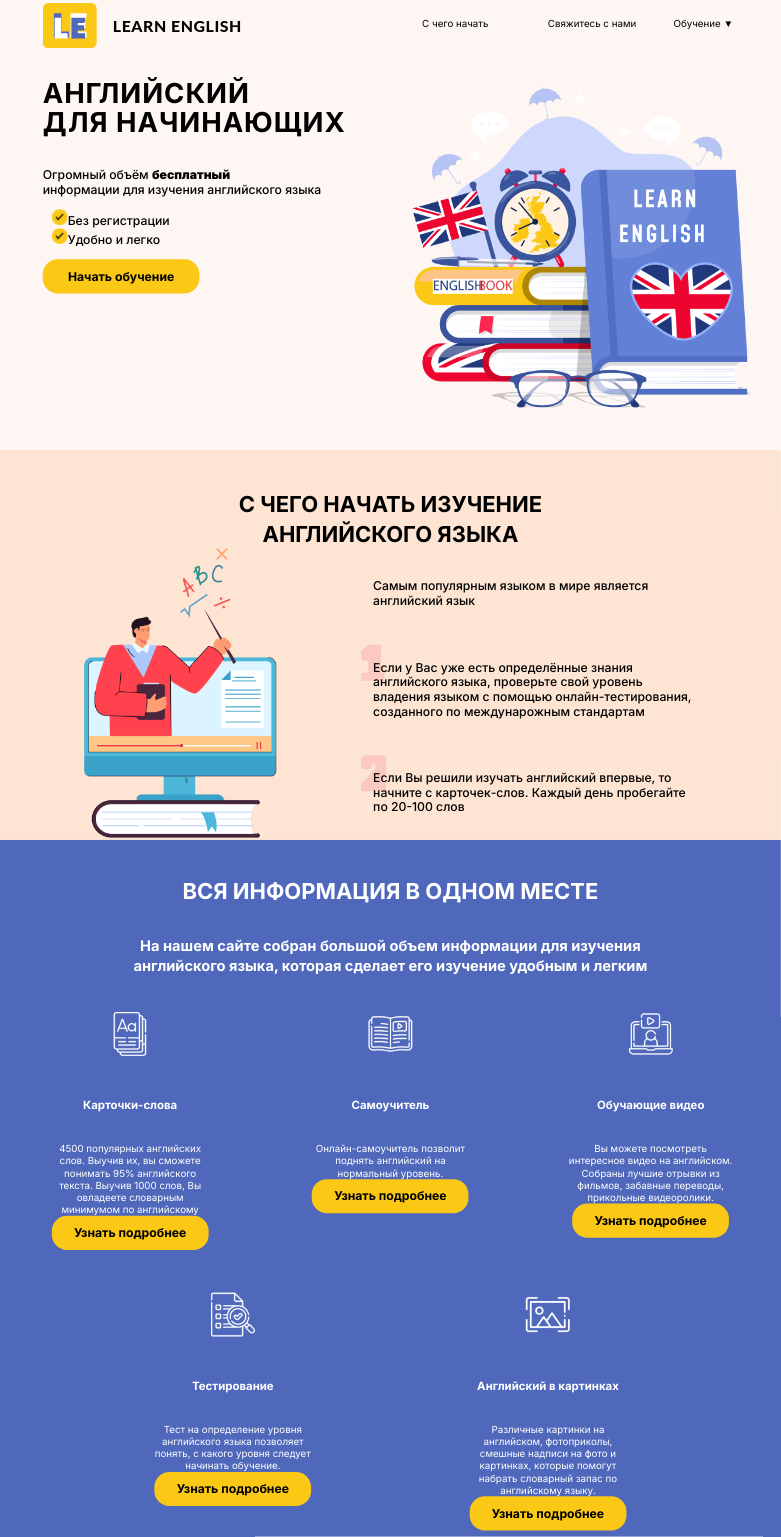
Repository: WladimirVA/Diplom
Page: scool/index.html
These files come from the project's save history. The page is drawn as it stood at one moment and after the next save; the edit follows.
The browser window is 1280 px wide. The pictures show the whole page, at 61% of full size.

Above is the page before, as saved 2023-07-18 16:49:54.

### scool/index.html
<!DOCTYPE html>
<html lang="en">
<head>
    <meta charset="UTF-8">
    <meta name="viewport" content="width=device-width, initial-scale=1.0">
    <link href="./css/index.css" rel="stylesheet" type="text/css">
    <link href="../static/css/fonts.css" rel="stylesheet" type="text/css">
    <link rel="icon" sizes="16x16" href="./img/Vector.svg" type="image/x-icon">
    <title>Learn english</title>
</head>
<body>
    <header class="header" di="HOME">
        <div class="section">
            <div class="section-header">
                <div class="logo">
                    <img src="./img/Vector.svg">
                    <p>Learn english</p>
                </div>
                <div>

                    <ul class="ddropdownn">
                        <li class="ddropdownn-top">
                        <a class="ddropdownn-top" href="#">С чего начать</a>
                        </li>
                        <li class="ddropdownn-top">
                            <a class="ddropdownn-top" href="#">Свяжитесь с нами</a>
                        </li>
                        <li class="ddropdownn-top">
                        <a class="ddropdownn-top" href="#">Обучение &#9660;</a>
                            <ul class="ddropdownn-inside">
                                <li><a href="/">Карточки-слова</a></li>
                                <li><a href="/">Самоучитель</a></li>
                                <li><a href="/">Видео</a></li>
                                <li><a href="/">Тестирование</a></li>
                                <li><a href="/">Картинки</a></li>
                            </ul>
                        </li>

                    </ul>

                    <!-- <ul class="header-nav">
                        <li><a class="link" href="#ADVAN_TEST">С чего начать</a></li>
                        <li><a class="link" href="#LANGUAGE_LEVELS">Обучение &#9660;</a></li>
                        <li><a class="link" href="mailto:Vorobeyenglish@ya.ru">Свяжитесь с нами</a></li>
                         <li><a class="link" href="#">О проекте</a></li>
                    </ul> -->
                </div>
            </div>
        </div>
    </header>
    <main>
        <section class="BEGINNES">
            <div class="section">
                <div class="content-beginners">
                    <div class="beginners-inf">
                        <h1>Английский <br>для начинающих</h1>
                        <p>Огромный объём <span  style="font-weight:900"> бесплатный <br></span> информации для изучения английского языка</p>
                        <div>
                            <ul class="home_ul">
                                <li class="home_li"><img class="check" src="./img/Иконка _Галочка_ 3.svg">Без регистрации</li>
                                <li class="home_li"><img class="check" src="./img/Иконка _Галочка_ 3.svg">Удобно и легко</li>
                            </ul>
                        </div>
                        <div class="buttonsHome">
                            <form action="#" method="post">
                                <button class="button_home">Начать обучение</button>
                            </form>
                        </div>
                    </div>
                    <div class="beginners-img">
                        <img src="./img/BACKGROUND.png" alt="foto">
                    </div>
                </div>
            </div>
        </section>
        <section class="LEARNING">
            <div class="section">
                <div class="content-learning">
                    <h1>С чего начать изучение<br> английского языка</h1>
                        <div class="learning">
                            <div class="img-learning">
                                <img src="./img/Group 31.png" alt="foto">
                            </div>
                            <div class="learning-text">
                                <div>
                                    <p class="popular">Самым популярным языком в мире является английский язык</p>
                                </div>
                                <div class="learning-text-img">
                                    <img src="./img/1.png" alt="number1">
                                    <p>Если у Вас уже есть определённые знания английского языка, проверьте свой уровень владения языком с помощью онлайн-тестирования, созданного по междунарожным стандартам</p>
                                </div>
                                <div class="learning-text-img">
                                    <img src="./img/2.png" alt="number2">
                                    <p>Если Вы решили изучать английский впервые, то начните с карточек-слов. Каждый день пробегайте по 20-100 слов</p>
                                </div>
                            </div>
                        </div>
                </div>
            </div>
        </section>
        <section class="INFORMATION">
            <div class="section">
                <div class="content-information">
                    <div class="information-text">
                        <h1>Вся информация в одном месте</h1>
                        <p>На нашем сайте собран большой объем информации для изучения <br> английского языка, которая сделает его изучение удобным и легким</p>
                    </div>
                </div>
                <div class="information">
                    <div class="information1">
                        <div class="a">
                            <img src="./img/Mask group.png" alt="foto">
                            <h3>Карточки-слова</h3>
                            <p>4500 популярных английских слов. Выучив их, вы сможете понимать 95% английского текста. Выучив 1000 слов,
                                Вы овладеете словарным минимумом по английскому</p>
                            <form class="buttton-inf" action="#" method="post">
                                <button class="button_home">Узнать подробнее</button>
                            </form>
                        </div>
                        <div class="b">
                            <img src="./img/Mask group2.png" alt="foto">
                            <h3>Самоучитель</h3>
                            <p>Онлайн-самоучитель позволит поднять английский на нормальный уровень.</p>
                            <form action="#" method="post">
                                <button class="button_home">Узнать подробнее</button>
                            </form>
                        </div>
                        <div class="c">
                            <img src="./img/Mask group3.png" alt="foto">
                            <h3>Обучающие видео</h3>
                            <p>Вы можете посмотреть интересное видео на английском. Собраны лучшие отрывки из фильмов, забавные переводы, прикольные видеоролики.</p>
                            <form action="#" method="post">
                                <button class="button_home">Узнать подробнее</button>
                            </form>
                        </div>
                    </div>
                    <div class="information2">
                        <div class="d">
                            <img src="./img/Mask group4.png" alt="foto">
                            <h3>Тестирование</h3>
                            <p>Тест на определение уровня английского языка позволяет понять, с какого уровня следует начинать обучение.</p>
                            <form action="#" method="post">
                                <button class="button_home">Узнать подробнее</button>
                            </form>
                        </div>
                        <div class="e">
                            <img src="./img/Mask group5.png" alt="foto">
                            <h3>Английский в картинках</h3>
                            <p>Различные картинки на английском, фотоприколы, смешные надписи на фото и картинках, которые помогут набрать словарный запас по английскому языку.</p>
                            <form action="#" method="post">
                                <button class="button_home">Узнать подробнее</button>
                            </form>
                        </div>
                    </div>
                </div>
            </div>
        </section>
    </main>

</body>
</html>

### scool/css/index.css
body {
    scroll-behavior: smooth;
    align-items: center;
    width: 100%;
    max-width: 1366px;
    margin: auto;
    font-family: 'Inter', 'Work Sans', "NunitoSans-Light", Arial, Helvetica, sans-serif;
}
* {
    margin: 0;
    padding: 0;
}

.logo {
    display: flex;
    align-items: center;
}

.logo p {
    font-family: Lato;
    font-size: 26px;
    font-weight: 800;
    line-height: 48px;
    letter-spacing: 0.035em;
    text-align: left;
    text-transform: uppercase;
    padding-left: 1em;
}

/* .link {
    font-family: Inter;
    font-size: 16px;
    font-weight: 500;
    line-height: 20px;
    letter-spacing: 0em;
    padding-right: 60px;
    text-decoration: none;
    color: #000000;


}

.header-nav {
    display: flex;
    list-style-type: none;
    padding-top: 20px;
} */
/* Стили выпадающего списка */
ul.ddropdownn li {/* Считаем координаты относительно исходного места. */
    position: relative; }
ul.ddropdownn, ul.ddropdownn-inside {
    /* Отступы на нуле. */
    padding: 0;
    /* Маркеры уберем. */
    list-style-type: none;
    }
ul.ddropdownn-inside {
    /* Спрячем дочерние элементы выпадающего списка. */
    left: -9999px;
    position: absolute;
    }
ul.ddropdownn li.ddropdownn-top {
    /* Небольшой отступ. */
    margin: 20px 1px 0 0;
    /* Выравнивание по левой стороне. */
    float: left;
    display: inline;
    }
ul.ddropdownn li.ddropdownn-top a {
    /* Делаю элементы блочными. */
    display: block;
    /* Снова отступы. */
    padding: 3px 30px 4px;
    text-decoration: none;
    color: black;
    font-family: Inter;
    width: 145px;
    }
/* ul.ddropdownn a.ddropdownn-top {/* Цвет фона. */ background: #FEF6F3; } */
ul.ddropdownn a.ddropdownn-top:hover {/* Отступы. */ padding: 13px 20px 4px; }
ul.ddropdownn li.ddropdownn-top:hover .ddropdownn-inside {
    left: 0;
    /* Делаю элементы блочными. */
    display: block;
    }
ul.ddropdownn .ddropdownn-inside {/* Цвет фона. */ background: #FEF6F3; }
ul.ddropdownn .ddropdownn-inside a:hover {/* Цвет фона изменится при наведении. */
    background: #FEF6F3; }


@media screen and (max-width: 745px) {
    .header-nav {
        display: block;
        padding-top: 0px;
    }
}


.section-header {
    display: flex;
    justify-content: space-between;
    background-color: #FEF6F3;
    padding: 5px 0px 0 70px;

}

.BEGINNES {
    background: #FEF6F3;
}

.content-beginners {
    display: flex;
    justify-content: space-between;
}

.beginners-inf {
    padding: 50px 0 0 70px;
}

.beginners-inf h1 {
    font-family: Inter;
    font-size: 44px;
    font-weight: 700;
    line-height: 48px;
    letter-spacing: -0.08em;
    text-align: left;
    text-transform: uppercase;
    font-family: Inter;
    font-size: 45px;
    font-weight: 700;
    line-height: 48px;
    letter-spacing: 0.035em;
    text-align: left;
}

.beginners-img img {
    width: 100%;
    height: auto;
}

.beginners-inf p {
    margin-top: 50px;
}

.content-beginners {
    font-family: Inter;
    font-size: 22px;
    font-weight: 700;
    line-height: 24px;
    letter-spacing: 0em;
    text-align: left;

    font-family: Inter;
    font-size: 22px;
    font-weight: 500;
    line-height: 24px;
    letter-spacing: 0em;
    text-align: left;

    font-family: Inter;
    font-size: 20px;
    font-weight: 500;
    line-height: 24px;
    letter-spacing: 0em;
    text-align: left;
}

.home_ul {
    list-style-type: none;
    padding: 20px 0 20px 0;
}

.check {
    margin-left: 15px;
}

.button_home {
    font-family: Inter;
    font-size: 20px;
    font-weight: 700;
    line-height: 24px;
    letter-spacing: 0em;
    text-align: center;
    background:#FBC815;
    border-style: none;
    border-radius: 25px;
    width: 257px;
    height: 56px;
}

.LEARNING {
    background: #FDE4D3;
}

.learning {
    display: flex;
    justify-content: space-evenly;
}

.img-learning img {
    width: 100%;
    height: auto;
}

.content-learning h1 {
    text-align: center;
    text-transform: uppercase;
    font-family: Inter;
    font-size: 36px;
    font-weight: 700;
    line-height: 48px;
    letter-spacing: 0em;
    text-align: center;
    padding-top: 65px;

}

.popular {
    margin-left: 20px;
}

.learning-text {
    max-width: 550px;
    margin-top: 50px;
}

.learning-text p {
    font-family: Inter;
    font-size: 20px;
    font-weight: 500;
    line-height: 24px;
    letter-spacing: 0em;
    text-align: left;
}

.learning-text-img {
    margin-top: 60px;
}

.learning-text-img p {
    margin: -38px 0 0 20px;
}

.INFORMATION {
    background: #4F68BB;
}

.information-text {
    text-align: center;
    color: #FFFFFF;
    /* max-width: 932px; */
}


.content-information h1 {
    font-family: Inter;
    font-size: 36px;
    font-weight: 700;
    line-height: 48px;
    letter-spacing: 0em;
    text-align: center;
    text-transform: uppercase;
    padding: 60px 0 50px 0;
}

.content-information p {
    font-family: Inter;
    font-size: 24px;
    font-weight: 700;
    line-height: 32px;
    letter-spacing: 0em;
    text-align: center;
}

/* .information {
    margin: 0 0 0 30px;
    display: grid;
    grid-template-columns: 0px 10%;
    grid-template-areas: "f f f i i i b b"
                         "f f f i i i b b"
                         "f f f i i i b b"
                         "o o o o o n n n"
                         "o o o o o n n n"
                         "o o o o o n n n";
}
.a { grid-area: f; }
.b { grid-area: i; }
.c { grid-area: b; }
.d { grid-area: o; }
.e { grid-area: n; }

.information-wer {
    margin: 30px 0 0 0;
    max-width: 270px;
} */

.information1 {
    color: #FFFFFF;
    height: 400px;
    text-align: center;
    display: flex;
    justify-content: space-around;
    margin: 60px 0 0 0;
}

.information1 p {
    max-width: 270px;
}

.information1 h3 {
    padding: 65px 0 50px 0;
}

.information2 {
    color: #FFFFFF;
    height: 400px;
    text-align: center;
    margin: 60px 0 0 0;
    display: flex;
    justify-content: space-evenly;
}

.information2 p {
    max-width: 270px;
}
.information2 h3 {
    padding: 65px 0 50px 0;
}

### static/css/fonts.css
/* @import url('https://fonts.googleapis.com/css2?family=Work+Sans:ital,wght@0,600;0,800;1,800&display=swap'); */


/* @import url('https://fonts.googleapis.com/css2?family=Inter:wght@400;500;600;700;800&family=Work+Sans:ital,wght@0,600;0,800;1,800&display=swap'); */


@import url('https://fonts.googleapis.com/css2?family=Inter:wght@100;200;300;400;500;600;700;800;900&display=swap');

@import url('https://fonts.googleapis.com/css2?family=Inter:wght@100;200;300;400;500;600;700;800;900&family=Work+Sans:ital,wght@0,100;0,200;0,300;0,400;0,500;0,600;0,700;0,800;0,900;1,100;1,200;1,300;1,400;1,500;1,600;1,700;1,800;1,900&display=swap');

After the next save:
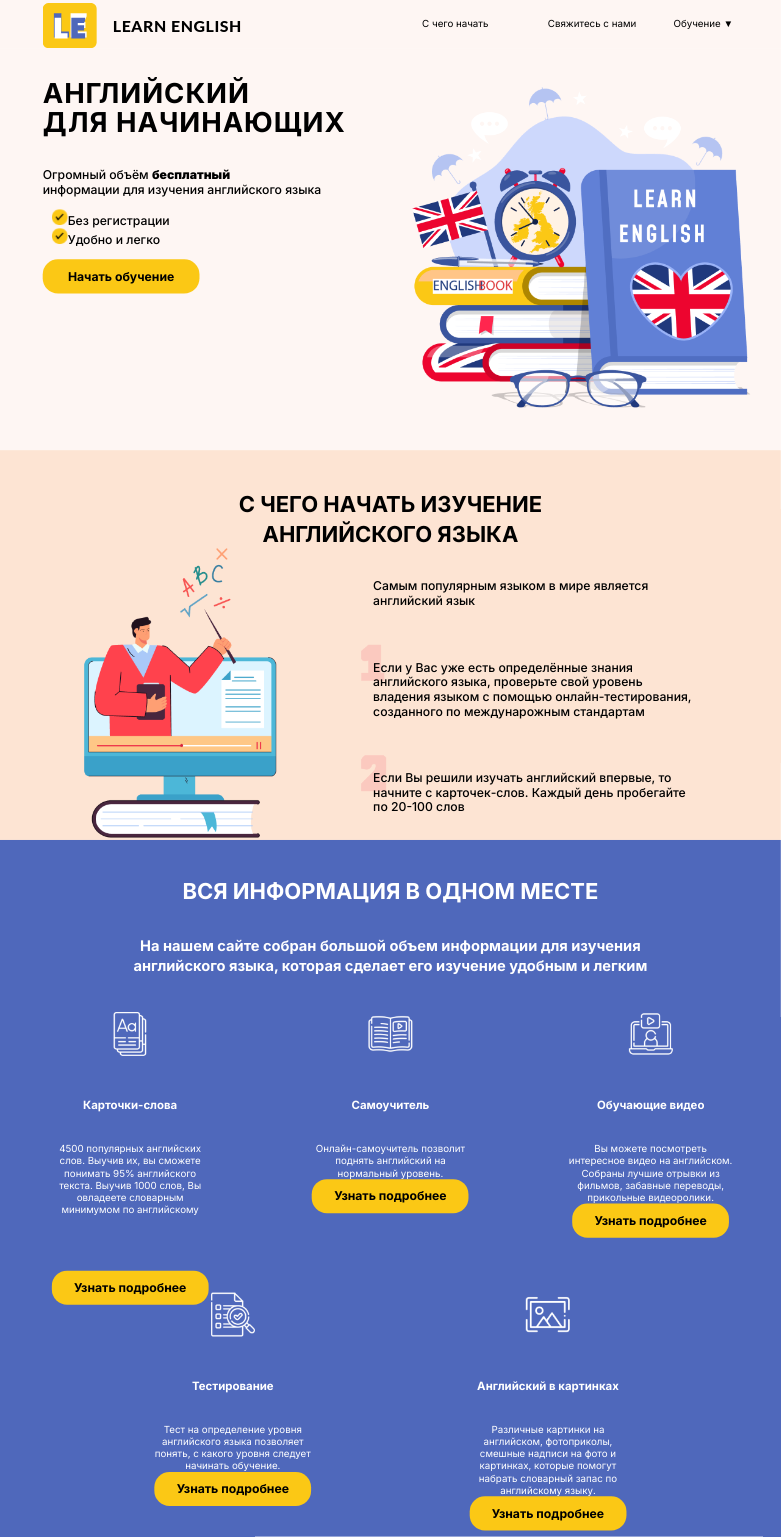
Saved 14 s later.
--- a/scool/css/index.css
+++ b/scool/css/index.css
@@ -326,3 +326,7 @@ ul.ddropdownn .ddropdownn-inside a:hover {/* Цвет фона изменитс
 .information2 h3 {
     padding: 65px 0 50px 0;
 }
+
+.buttton-inf {
+    margin-top: 90px;
+}

After the save that followed:
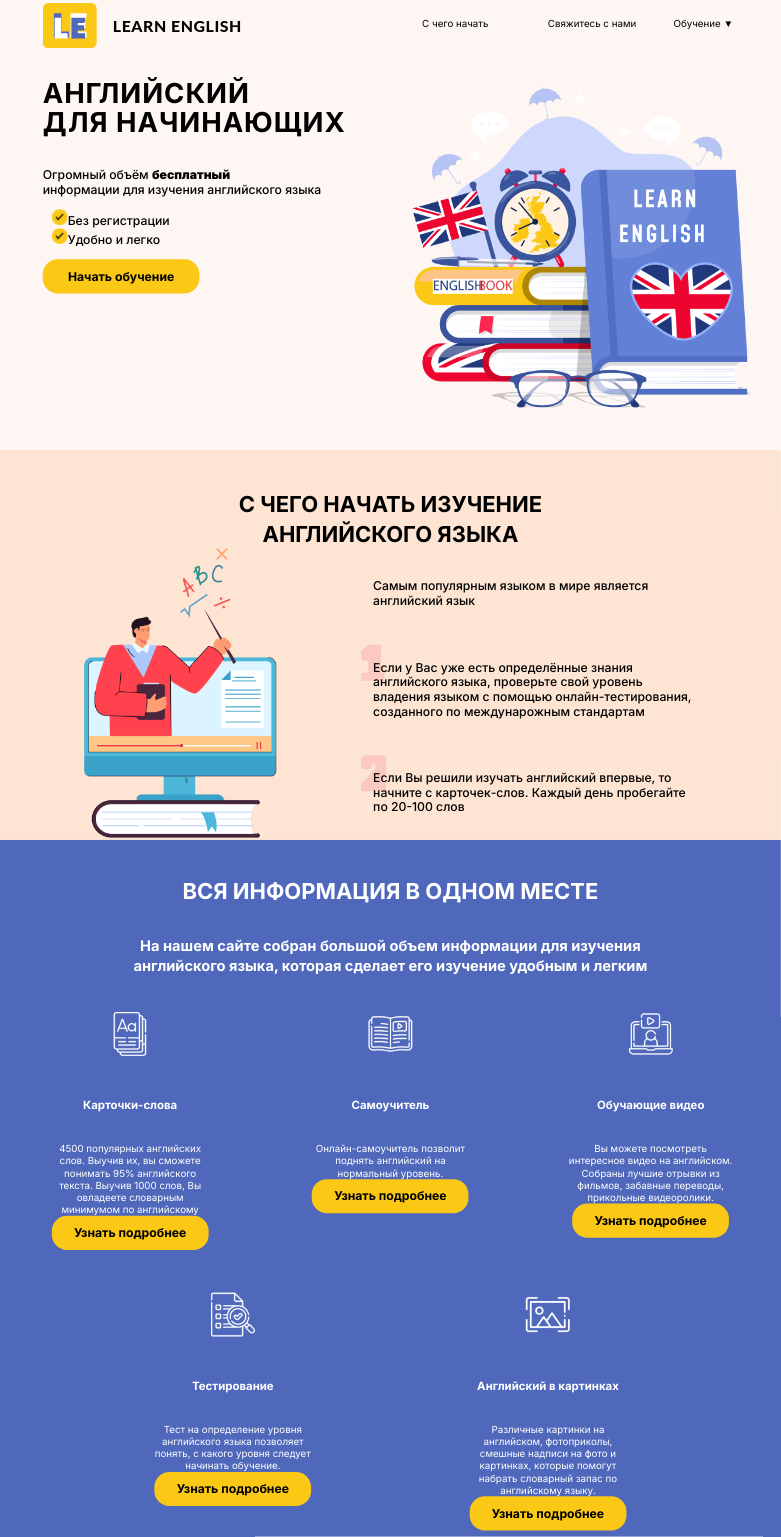
Saved 48 s later.
--- a/scool/css/index.css
+++ b/scool/css/index.css
@@ -327,6 +327,6 @@ ul.ddropdownn .ddropdownn-inside a:hover {/* Цвет фона изменитс
     padding: 65px 0 50px 0;
 }
 
-.buttton-inf {
-    margin-top: 90px;
-}
+.buttton-inf1 {
+    margin-top: 50px;
+}
